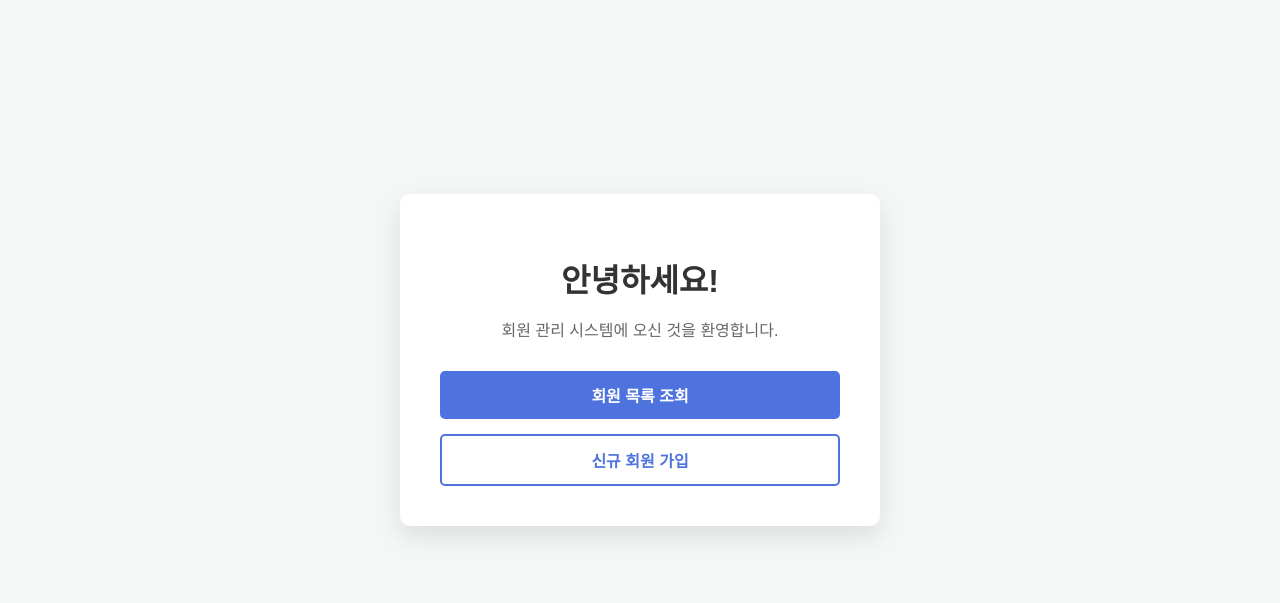
Repository: cjoh0407-ctrl/spring_legacy_project
Page: http://localhost/project/
These files come from the project's save history. The page is drawn as it stood at one moment and after the next save; the edit follows.
The browser window is 1280 px wide. The pictures show the whole page.
The page is served by Tomcat 10. Nobody is signed in. The application's start-up code is not run. Other server files are loaded and not shown.

Above is the page before, as saved 2025-12-31 08:01:16.

### project/src/main/webapp/index.jsp
<%@ page language="java" contentType="text/html; charset=UTF-8" pageEncoding="UTF-8"%>
<!DOCTYPE html>
<html>
<head>
    <meta charset="UTF-8">
    <title>Spring Legacy Home</title>
    <style>
        /* 기본 스타일 초기화 */
        body {
            font-family: 'Arial', sans-serif;
            background-color: #f4f7f6;
            margin: 0;
            display: flex;
            justify-content: center;
            align-items: center;
            height: 100vh;
        }

        /* 중앙 카드 박스 */
        .container {
            background: white;
            padding: 40px;
            border-radius: 10px;
            box-shadow: 0 10px 25px rgba(0,0,0,0.1);
            text-align: center;
            width: 400px;
        }

        h1 {
            color: #333;
            margin-bottom: 10px;
        }

        p {
            color: #666;
            margin-bottom: 30px;
        }

        /* 버튼 스타일 */
        .btn-group {
            display: flex;
            flex-direction: column;
            gap: 15px;
        }

        .btn {
            display: block;
            padding: 12px;
            text-decoration: none;
            border-radius: 5px;
            font-weight: bold;
            transition: 0.3s;
        }

        .btn-primary {
            background-color: #4e73df;
            color: white;
        }

        .btn-primary:hover {
            background-color: #2e59d9;
        }

        .btn-outline {
            border: 2px solid #4e73df;
            color: #4e73df;
        }

        .btn-outline:hover {
            background-color: #f8f9fc;
        }
    </style>
</head>
<body>

    <div class="container">
        <h1>안녕하세요!</h1>
        <p>회원 관리 시스템에 오신 것을 환영합니다.</p>

        <div class="btn-group">
            <a href="${pageContext.request.contextPath}/member/list" class="btn btn-primary">
                회원 목록 조회
            </a>

            <a href="${pageContext.request.contextPath}/member/register" class="btn btn-outline">
                신규 회원 가입
            </a>
        </div>
    </div>

</body>
</html>

After the next save:
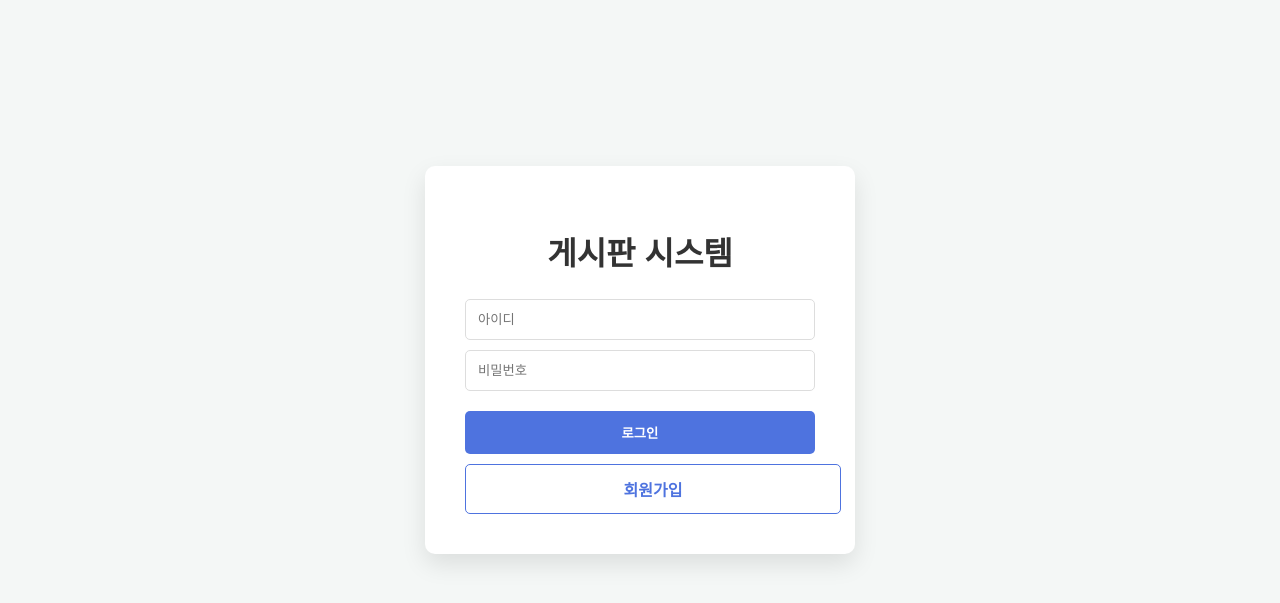
Saved 4 min 10 s later.
--- a/project/src/main/webapp/index.jsp
+++ b/project/src/main/webapp/index.jsp
@@ -3,89 +3,34 @@
 <html>
 <head>
     <meta charset="UTF-8">
-    <title>Spring Legacy Home</title>
+    <title>게시판 시스템 로그인</title>
     <style>
-        /* 기본 스타일 초기화 */
-        body {
-            font-family: 'Arial', sans-serif;
-            background-color: #f4f7f6;
-            margin: 0;
-            display: flex;
-            justify-content: center;
-            align-items: center;
-            height: 100vh;
-        }
-
-        /* 중앙 카드 박스 */
-        .container {
-            background: white;
-            padding: 40px;
-            border-radius: 10px;
-            box-shadow: 0 10px 25px rgba(0,0,0,0.1);
-            text-align: center;
-            width: 400px;
-        }
-
-        h1 {
-            color: #333;
-            margin-bottom: 10px;
-        }
-
-        p {
-            color: #666;
-            margin-bottom: 30px;
-        }
-
-        /* 버튼 스타일 */
-        .btn-group {
-            display: flex;
-            flex-direction: column;
-            gap: 15px;
-        }
-
-        .btn {
-            display: block;
-            padding: 12px;
-            text-decoration: none;
-            border-radius: 5px;
-            font-weight: bold;
-            transition: 0.3s;
-        }
-
-        .btn-primary {
-            background-color: #4e73df;
-            color: white;
-        }
-
-        .btn-primary:hover {
-            background-color: #2e59d9;
-        }
-
-        .btn-outline {
-            border: 2px solid #4e73df;
-            color: #4e73df;
-        }
-
-        .btn-outline:hover {
-            background-color: #f8f9fc;
-        }
+        body { font-family: 'Arial', sans-serif; background-color: #f4f7f6; margin: 0; display: flex; justify-content: center; align-items: center; height: 100vh; }
+        .container { background: white; padding: 40px; border-radius: 10px; box-shadow: 0 10px 25px rgba(0,0,0,0.1); text-align: center; width: 350px; }
+        h1 { color: #333; margin-bottom: 25px; }
+        input { width: 100%; padding: 12px; margin-bottom: 10px; border: 1px solid #ddd; border-radius: 5px; box-sizing: border-box; }
+        .btn-group { display: flex; flex-direction: column; gap: 10px; margin-top: 10px; }
+        .btn { display: block; padding: 12px; text-decoration: none; border-radius: 5px; font-weight: bold; cursor: pointer; border: none; width: 100%; }
+        .btn-login { background-color: #4e73df; color: white; }
+        .btn-register { background-color: white; border: 1px solid #4e73df; color: #4e73df; }
     </style>
 </head>
 <body>
 
     <div class="container">
-        <h1>안녕하세요!</h1>
-        <p>회원 관리 시스템에 오신 것을 환영합니다.</p>
+        <h1>게시판 시스템</h1>
 
-        <div class="btn-group">
-            <a href="${pageContext.request.contextPath}/member/list" class="btn btn-primary">
-                회원 목록 조회
-            </a>
+        <form action="${pageContext.request.contextPath}/member/login" method="post">
+            <input type="text" name="id" placeholder="아이디" required>
+            <input type="password" name="password" placeholder="비밀번호" required>
 
-            <a href="${pageContext.request.contextPath}/member/register" class="btn btn-outline">
-                신규 회원 가입
-            </a>
-        </div>
+            <div class="btn-group">
+                <button type="submit" class="btn btn-login">로그인</button>
+                <a href="${pageContext.request.contextPath}/member/register" class="btn btn-register">
+                    회원가입
+                </a>
+            </div>
+        </form>
     </div>
 
 </body>
